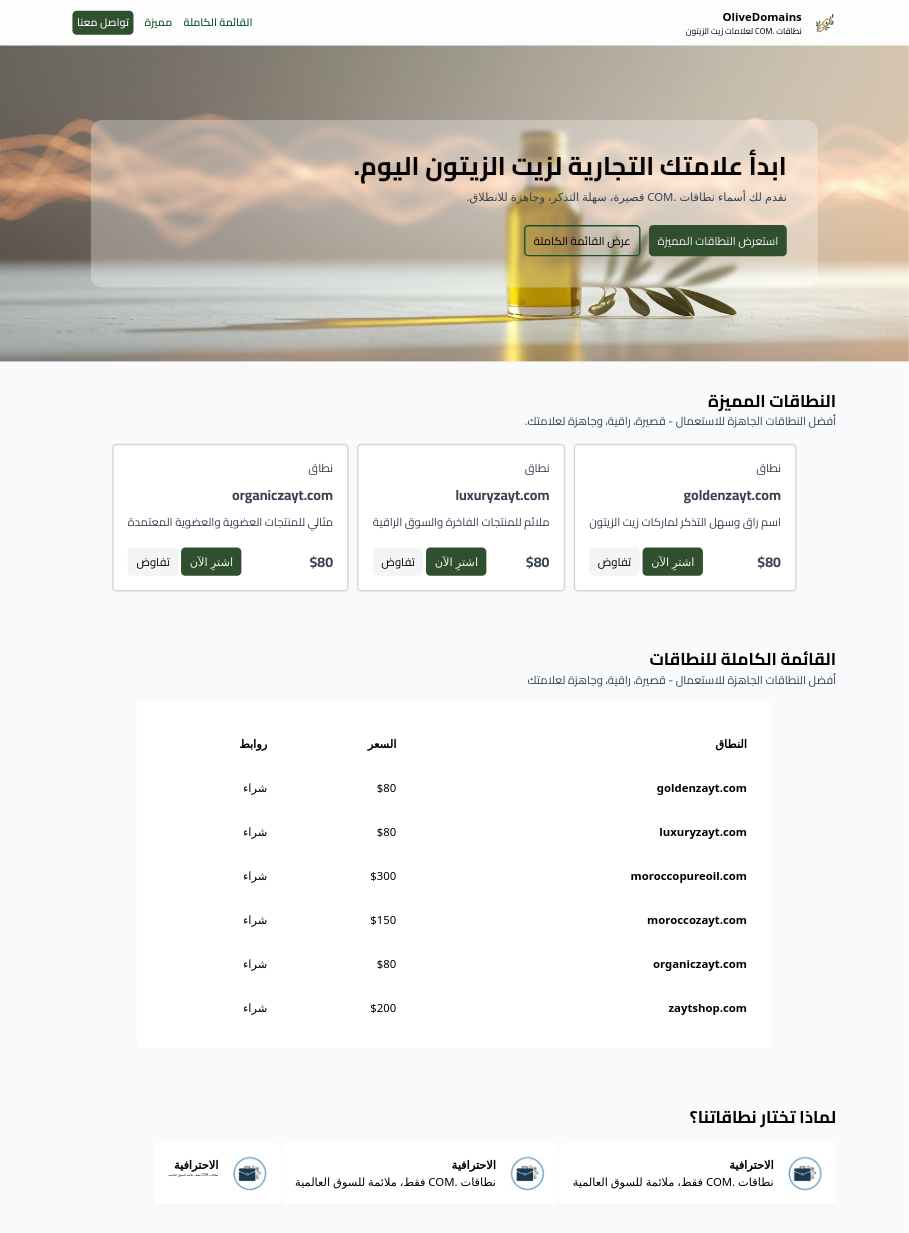
Repository: zakaria-bn05/Olive-oil-domaine-names-english-version
Page: index.html
An editor plug-in stored every save of this project. The page is shown before and after the next save, followed by the edit.
The browser window is 1280 px wide. The pictures show the whole page, at 71% of full size.
Some web libraries are served in a nearby version.

Above is the page before, as saved 2025-11-17 12:07:57.

After the next save:
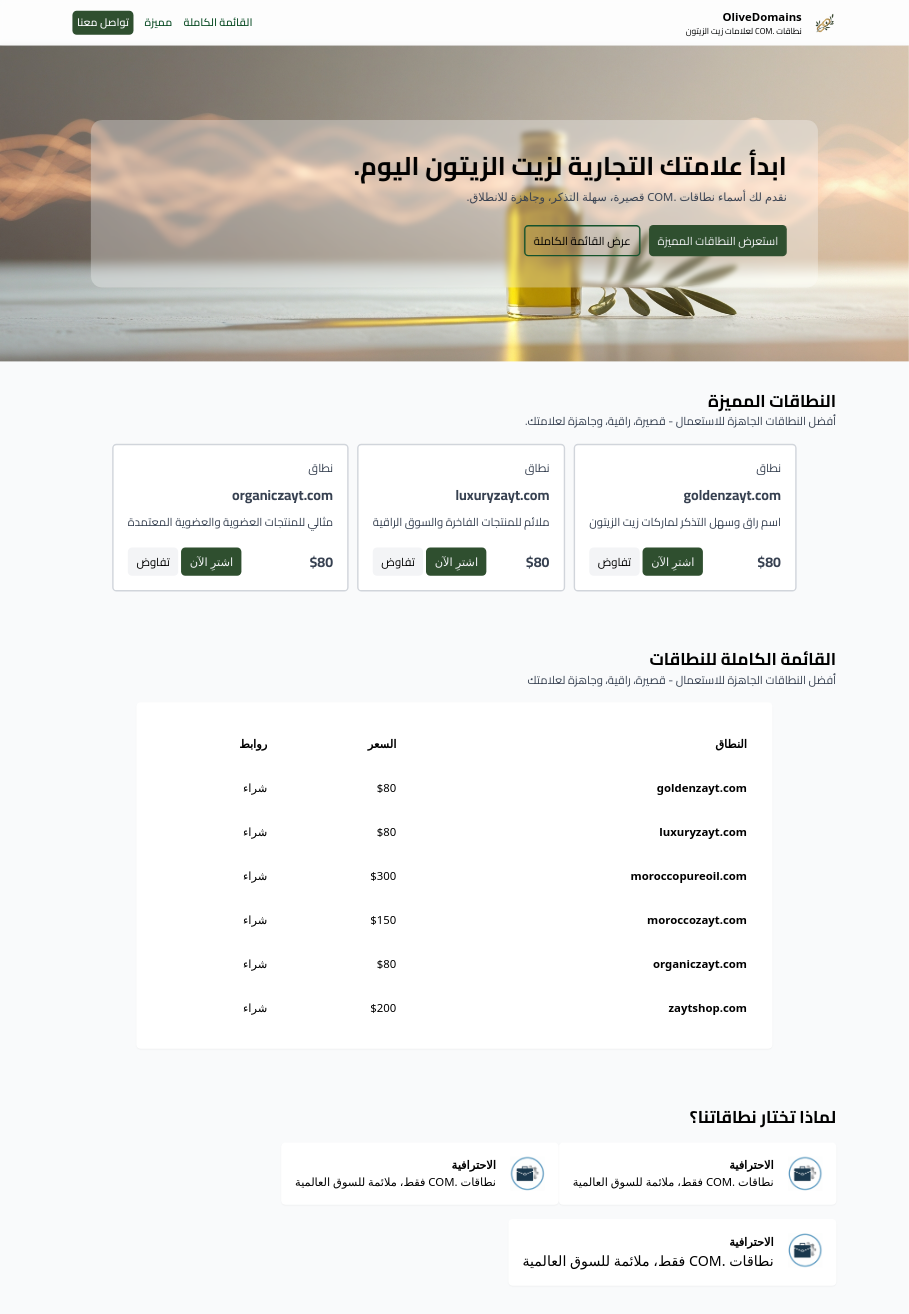
Saved 10 s later.
--- a/index.html
+++ b/index.html
@@ -219,7 +219,7 @@
                     <img src="assets/pro-logo.png" class="w-12 h-12" alt="">
                     <div>
                         <p class="font-bold">الاحترافية</p>
-                        <p class="text-[4px]">نطاقات .COM فقط، ملائمة للسوق العالمية</p>
+                        <p class="text-[20px]">نطاقات .COM فقط، ملائمة للسوق العالمية</p>
                     </div>
                 </div>
             </div>
